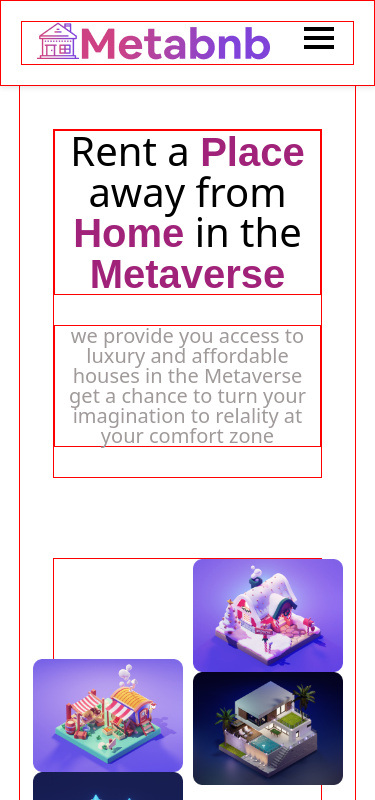
Repository: trenzyfx1/Metabnb
Page: index.html
These files come from the project's save history. The page is drawn as it stood at one moment and after the next save; the edit follows.
The browser window is 375 px wide. The pictures show the whole page.
An inner scrolling area shows only its first screen.

Above is the page before, as saved 2025-05-12 15:19:44.

### index.html
<!DOCTYPE html>
<html lang="en">

<head>
    <meta charset="UTF-8">
    <meta name="viewport" content="width=device-width, initial-scale=1.0">
    <link rel="stylesheet" href="./style.css">
    <link rel="icon" href="/images/Capture.PNG" type="image/x-icon">
    <link rel="stylesheet" href="https://cdnjs.cloudflare.com/ajax/libs/font-awesome/4.7.0/css/font-awesome.min.css">
    <title>Metabnb</title>
</head>

<body>
    <header class="desktop-header">
        <a href="#" class="logo-container">
            <img class="logo" src="./images/logo.png" alt="logo">
        </a>
        <nav>
            <ul class="desktop-menu">
                <li><a class="a" href="home">Home</a></li>
                <li><a class="a" href="place to stay">Place to Stay</a></li>
                <li><a class="a" href="nfts">NFTs</a></li>
                <li><a class="a" href="community">Community</a></li>
            </ul>
        </nav>
        <div>
            <button type="button" class="connect">Connect Wallet</button>
        </div>
    </header>
    <header class="moblie-header">
        <nav class="navbar">
            <div>
                <a href="#" class="logo-container">
                    <img class="logo" src="./images/logo.png" alt="logo">
                </a>
            </div>
            <div class="menu-icon" id="menu-icon">
                <div class="line"></div>
                <div class="line"></div>
                <div class="line"></div>
            </div>
        </nav>
        <nav class="menu" id="menu">
            <ul>
                <li><a class="a" href="">Home</a></li>
                <li><a class="a" href="">Place to Stay</a></li>
                <li><a class="a" href="">NFTs</a></li>
                <li><a class="a" href="">Community</a></li>
            </ul>
            <div>
                <button type="button" class="connect">Connect Wallet</button>
            </div>
        </nav>
    </header>

    <section class="intro-section">
        <div class="body">
            <div class="welcome1">
                <h1 class="welcome">Rent a <span>Place</span> away from <span>Home</span> in the <span>Metaverse</span>
                </h1>
                <p class="p">we provide you access to luxury and affordable houses
                    in the Metaverse get a chance to turn your
                    imagination to relality at your comfort zone
                </p>
            </div>
            <div class="welcome2">
                <h1 class="welcome">Rent a <span>Place</span> away from <span>Home</span> in the <span>Metaverse</span>
                </h1>
                <p class="p">we provide you access to luxury and affordable houses
                    in the Metaverse get a chance to turn your
                    imagination to relality at your comfort zone
                </p>
            </div>
            <div class="input">
                <input type="text" placeholder=" Search for location">
                <button class="search" type="button">search</button>
            </div>
        </div>
        <div class="image-container">
            <div class="image-container1">
                <img src="./images/image1.png" alt="">
                <img src="./images/image3.png" alt="">
            </div>
            <div class="image-container2">
                <img src="./images/image2.png" alt="">
                <img src="./images/image4.png" alt="">
            </div>
        </div>
    </section>
    <section class="partners-section">
        <div class="section">
            <ul class="ul">
                <li>
                    <img class="logo1" src="./images/logo1.png" alt="1">
                    <p>MBToken</p>
                </li>
                <li>
                    <img class="logo2" src="./images/logo2.png" alt="2">
                    <p>METAMASK</p>
                </li>
                <li>
                    <img class="logo3" src="./images/logo3.png" alt="3">
                    <p> OpenSea</p>
                </li>
            </ul>
        </div>
    </section>
    <div class="desertking">
        <h2 class="h2">Inspiration for your next adventure</h2>
        <div class="desertking-cards">
            <div class="frame">
                <div class="heart">
                    <i class="fa fa-heart"></i>
                </div>
                <div class="img-div">
                    <img src="./images/Frame1.png" alt="places1">
                </div>
                <div class="div-text-cont">
                    <div class="div-text">
                        <p>Desert king</p>
                        <p>1MBT per night.</p>
                    </div>
                    <div class="div-text">
                        <p>1345km away</p>
                        <p>avaliable for two weeks stay.</p>
                    </div>
                </div>
                <div>
                    <ul class="star">
                        <li> <i class="fa fa-star"></i></li>
                        <li> <i class="fa fa-star"></i></li>
                        <li> <i class="fa fa-star"></i></li>
                        <li> <i class="fa fa-star"></i></li>
                        <li> <i class="fa fa-star"></i></li>
                    </ul>
                </div>
            </div>

            <div class="frame">
                <div class="heart">
                    <i class="fa fa-heart"></i>
                </div>
                <div class="img-div">
                    <img src="./images/Frame2.png" alt="places2">
                </div>
                <div class="div-text-cont">
                    <div class="div-text">
                        <p>Desert king</p>
                        <p>1MBT per night.</p>
                    </div>
                    <div class="div-text">
                        <p>1345km away</p>
                        <p>avaliable for two weeks stay.</p>
                    </div>
                </div>
                <div>
                    <ul class="star">
                        <li> <i class="fa fa-star"></i></li>
                        <li> <i class="fa fa-star"></i></li>
                        <li> <i class="fa fa-star"></i></li>
                        <li> <i class="fa fa-star"></i></li>
                        <li> <i class="fa fa-star"></i></li>
                    </ul>
                </div>
            </div>

            <div class="frame">
                <div class="heart">
                    <i class="fa fa-heart"></i>
                </div>
                <div class="img-div">
                    <img src="./images/Frame3.png" alt="places3">
                </div>
                <div class="div-text-cont">
                    <div class="div-text">
                        <p>Desert king</p>
                        <p>1MBT per night.</p>
                    </div>
                    <div class="div-text">
                        <p>1345km away</p>
                        <p>avaliable for two weeks stay.</p>
                    </div>
                </div>
                <div>
                    <ul class="star">
                        <li> <i class="fa fa-star"></i></li>
                        <li> <i class="fa fa-star"></i></li>
                        <li> <i class="fa fa-star"></i></li>
                        <li> <i class="fa fa-star"></i></li>
                        <li> <i class="fa fa-star"></i></li>
                    </ul>
                </div>
            </div>

            <div class="frame">
                <div class="heart">
                    <i class="fa fa-heart"></i>
                </div>
                <div class="img-div">
                    <img src="./images/Frame4.png" alt="places4">
                </div>
                <div class="div-text-cont">
                    <div class="div-text">
                        <p>Desert king</p>
                        <p>1MBT per night.</p>
                    </div>
                    <div class="div-text">
                        <p>1345km away</p>
                        <p>avaliable for two weeks stay.</p>
                    </div>
                </div>
                <div>
                    <ul class="star">
                        <li> <i class="fa fa-star"></i></li>
                        <li> <i class="fa fa-star"></i></li>
                        <li> <i class="fa fa-star"></i></li>
                        <li> <i class="fa fa-star"></i></li>
                        <li> <i class="fa fa-star"></i></li>
                    </ul>
                </div>
            </div>

            <div class="frame">
                <div class="heart">
                    <i class="fa fa-heart"></i>
                </div>
                <div class="img-div">
                    <img src="./images/Frame5.png" alt="places5">
                </div>
                <div class="div-text-cont">
                    <div class="div-text">
                        <p>Desert king</p>
                        <p>1MBT per night.</p>
                    </div>
                    <div class="div-text">
                        <p>1345km away</p>
                        <p>avaliable for two weeks stay.</p>
                    </div>
                </div>
                <div>
                    <ul class="star">
                        <li> <i class="fa fa-star"></i></li>
                        <li> <i class="fa fa-star"></i></li>
                        <li> <i class="fa fa-star"></i></li>
                        <li> <i class="fa fa-star"></i></li>
                        <li> <i class="fa fa-star"></i></li>
                    </ul>
                </div>
            </div>

            <div class="frame">
                <div class="heart">
                    <i class="fa fa-heart"></i>
                </div>
                <div class="img-div">
                    <img src="./images/Frame6.png" alt="places6">
                </div>
                <div class="div-text-cont">
                    <div class="div-text">
                        <p>Desert king</p>
                        <p>1MBT per night.</p>
                    </div>
                    <div class="div-text">
                        <p>1345km away</p>
                        <p>avaliable for two weeks stay.</p>
                    </div>
                </div>
                <div>
                    <ul class="star">
                        <li> <i class="fa fa-star"></i></li>
                        <li> <i class="fa fa-star"></i></li>
                        <li> <i class="fa fa-star"></i></li>
                        <li> <i class="fa fa-star"></i></li>
                        <li> <i class="fa fa-star"></i></li>
                    </ul>
                </div>
            </div>

            <div class="frame">
                <div class="heart">
                    <i class="fa fa-heart"></i>
                </div>
                <div class="img-div">
                    <img src="./images/Frame7.png" alt="places7">
                </div>
                <div class="div-text-cont">
                    <div class="div-text">
                        <p>Desert king</p>
                        <p>1MBT per night.</p>
                    </div>
                    <div class="div-text">
                        <p>1345km away</p>
                        <p>avaliable for two weeks stay.</p>
                    </div>
                </div>
                <div>
                    <ul class="star">
                        <li> <i class="fa fa-star"></i></li>
                        <li> <i class="fa fa-star"></i></li>
                        <li> <i class="fa fa-star"></i></li>
                        <li> <i class="fa fa-star"></i></li>
                        <li> <i class="fa fa-star"></i></li>
                    </ul>
                </div>
            </div>

            <div class="frame">
                <div class="heart">
                    <i class="fa fa-heart"></i>
                </div>
                <div class="img-div">
                    <img src="./images/Frame8.png" alt="places8">
                </div>
                <div class="div-text-cont">
                    <div class="div-text">
                        <p>Desert king</p>
                        <p>1MBT per night.</p>
                    </div>
                    <div class="div-text">
                        <p>1345km away</p>
                        <p>avaliable for two weeks stay.</p>
                    </div>
                </div>
                <div>
                    <ul class="star">
                        <li> <i class="fa fa-star"></i></li>
                        <li> <i class="fa fa-star"></i></li>
                        <li> <i class="fa fa-star"></i></li>
                        <li> <i class="fa fa-star"></i></li>
                        <li> <i class="fa fa-star"></i></li>
                    </ul>
                </div>
            </div>
        </div>
    </div>
    <div class="NFTs">
        <div class="NFTs-container">
            <div class="desktop-nfts">
                <h1 class="section3">Metabnb NFTs</h1>
                <p class="discover">discover your NFTs gift cards collections, loyal <br>
                    costomers get amazing gift cars which are <br>
                    traded as NFTs, these NFTs gives our costomers access <br>
                    to loads of our exclusive services.
                </p>
                <button type="button" class="learn-more">learn more</button>
            </div>
            <div class="moblie-nfts-480">
                <h1 class="section3">Metabnb NFTs</h1>
                <p class="discover">discover your NFTs gift cards collections, loyal <br>
                    costomers get amazing gift cars which are <br>
                    traded as NFTs, these NFTs gives our costomers access <br>
                    to loads of our exclusive services.
                </p>
                <button type="button" class="learn-more">learn more</button>
            </div>
            <div class="moblie-nfts-768">
                <h1 class="section3">Metabnb NFTs</h1>
                <p class="discover">discover your NFTs gift cards collections, loyal <br>
                    costomers get amazing gift cars which are <br>
                    traded as NFTs, these NFTs gives our costomers access <br>
                    to loads of our exclusive services.
                </p>
                <button type="button" class="learn-more">learn more</button>
            </div>
        </div>
        <div class="rooms">
            <img src="./images/rooms.png" alt="rooms">
        </div>
    </div>
    <footer>
        <div class="footer-items ">
            <div class="home">
                <img class="home" src="./images/Vector2.png" alt="NFTs">
                <h1 class="footer">Metabnb</h1>
            </div>
            <div class="facebook">
                <img src="./images/facebook.png" alt="facebook"><br>
                <img src="./images/instagram.png" alt="IG"><br>
                <img src="./images/twitter.png" alt="x">
            </div>
        </div>
        <div class="footer-links">
            <div class="footer-container footer-mobile">
                <h2>hub</h2>
                <a href="">NFT</a>
                <a href="">tokens</a>
                <a href="">discord</a>
                <a href="">landlords</a>
            </div>
            <div class="footer-container footer-mobile">
                <h2>places</h2>
                <a href="">farms</a>
                <a href="">beach</a>
                <a href="">learn</a>
                <a href="">castle</a>
            </div>
            <div class="footer-container footer-mobile">
                <h2>about</h2>
                <a href="">road</a>
                <a href="">creators</a>
                <a href="">career</a>
                <a href="">contact</a>
            </div>
        </div>
        <h6 class="h6">@ 2022 Metabnb</h6>
    </footer>


    <script src="./moblie.js"></script>
</body>

</html>

### style.css
* {
    margin: 0;
    padding: 0;
    box-sizing: border-box;
    font-family: Arial, sans-serif;
  }

html,
body {
    padding: 0;
    margin: 0;
    width: 100%;
    height: 100vh;
    overflow-x: hidden;
    font-family: sans-serif;
    background-color: #fff;
    transition: background-color 0.3s, color 0.3s;
    scroll-behavior: smooth;
}

.desktop-header,
nav,
.desktop-menu,
.intro-section,
.input,
.star {
    display: flex;
    flex-direction: row;

}

.desktop-header {
    justify-content: space-between;
    padding: 30px 100px;
}

.moblie-header {
    display: none;
}



ul,
li {
    justify-content: center;
    align-items: center;
    gap: 50px;


}



.a {
    text-decoration: none;
    color: #000;
}

li {
    list-style: none;
}


.connect {
    border: none;
    border-radius: 10px;
    background-color: #A02279;
    color: #fff;
    height: 48px;
    width: 170px;
    cursor: pointer;
    transition: background-color 0.5s ease, transform 0.3s ease ;

}

.moblie-header .connect {
    border: none;
    border-radius: 10px;
    background-color: #fff;
    color: #000;
    height: 48px;
    width: 100px;
    cursor: pointer
}

.welcome2 {
    display: none;
}

.intro-section {
    margin: 100px;
    justify-content: space-between;
    /* max-height: 459px; */
    font-family: sans-serif;
}

.intro-section .body {
    width: 646px;
    display: flex;
    flex-direction: column;
    gap: 30px;
}

.intro-section .body h1 {
    font-weight: 500;
    font-size: 50px;
    line-height: 1;

}

.intro-section .body p {
    font-size: 20px;
    color: #a09a9a;

}

span {
    color: #A02279;
    font-weight: bold;
}



.intro-section .body .input input {
    width: 220px;
    padding-top: 10px;
    padding-bottom: 10px;
    border-radius: 3px;
    border: 2.5px solid whitesmoke;
}

.search {
    border: none;
    border-radius: 3px;
    background-color: #A02279;
    color: #fff;
    height: 38px;
    width: 130px;
    cursor: pointer;
    transition: background-color 0.5s ease, transform 0.3s ease ;
}

.intro-section .image-container {
    display: flex;
    flex-direction: row;
    gap: 10px;
}

.intro-section .image-container .image-container1 {
    margin-top: 100px;
    display: flex;
    flex-direction: column;


}

.intro-section .image-container .image-container2 {
    display: flex;
    flex-direction: column;

}

.partners-section {
    background-color: #A02279;
    color: #fff;
}

.partners-section .section ul {
    display: flex;
    flex-direction: row;
    gap: 10px;
    justify-content: space-around;
}

.partners-section .section ul li {
    display: flex;
    flex-direction: row;
    gap: 10px;
    font-weight: bold;
    font-family: sans-serif;

}


.desertking {
    /* margin: 100px; */
    margin: 50px;
}

.h2 {
    text-align: center;
    font-family: sans-serif;
}



.desertking-cards {
    display: flex;
    flex-direction: row;
    gap: 20px;
    flex-wrap: wrap;

}

.frame {
    background-color: #fff;
    padding: 20px;
    border-radius: 15px;
    border: 0.5px solid #000;
    position: relative;
    max-width: 100%;
    box-shadow: 0 4px 6px rgba(0, 0, 0, 0.1);
    transition: transform 0.5s ease, box-shadow 0.3s ease;
}

.frame:hover {
    transform: scale(1.05);
    box-shadow: 0 8px 12px rgba(0, 0, 0, 0.2);
}

.frame .img-div {
    max-width: 100%;
}

.frame .img-div img {
    width: 100%;
}


.div-text {
    display: flex;
    flex-direction: row;
    justify-content: space-around;
    gap: 5px;
    font-size: 16px;
    max-width: 100%;
}

.heart {
    position: absolute;
    left: 265px;
    top: 29px;
    font-size: 25px;
    color: #fff;
}

.star {
    display: flex;
    gap: 10px;
    color: #A02279;
    justify-content: left;
    padding: 0%;

}

.moblie-nfts-768, .moblie-nfts-480 {
    display: none;
}

.desktop-nfts {
    display: flex;
    flex-direction: column;
}


.NFTs {
    background-color: #A02279;
    color: #fff;
    padding: 60px 100px;
    display: flex;
    flex-direction: row;
    justify-content: space-between;
    line-height: 40px;
    max-width: 100%;
}

.NFTs .NFTs-container {
    margin-top: 150px;
}

.learn-more {
    border: none;
    border-radius: 7px;
    background-color: #fff;
    color: #A02279;
    height: 38px;
    width: 130px;
    cursor: pointer;
    transition: background-color 0.5s ease, transform 0.3s ease ;

}

button:hover {
    background-color: red;
    color: #000;
    transform: scale(1.1);
}


footer {
    background-color: #000;
    color: #fff;
    display: flex;
    flex-direction: row;
    padding: 50px 100px;
    justify-content: space-between;
    align-items: center;
    max-width: 100%;
    text-transform: capitalize;
}

footer .footer-links {
    display: flex;
    flex-direction: row;
    justify-content: space-between;
    width: 70%;
}


.home {
    display: flex;
    flex-direction: row;
    align-items: center;
}


.footer-container {
    display: flex;
    flex-direction: column;
    gap: 20px;
    justify-content: space-between;
    line-height: 20px;

}

a {
    color: #fff;
    text-decoration: none;
}


footer .footer-items .facebook,
.h6 {
    display: flex;
    flex-direction: row;
    justify-content: space-between;
    gap: 10px;
    cursor: pointer;
    margin: 50px 0;
}

@media (max-width: 1000px) {

    .full-body {
        max-width: 100%;
    }

    .desktop-header {
        display: none;
    }

    .moblie-header {
        padding: 20px;
        display: flex;
        flex-direction: row;
        justify-content: space-between;
        position: fixed;
        top: 0;
        left: 0;
        width: 100%;
        border: 1px solid red;
        z-index: 1000;
        box-shadow: 0 2px 5px rgb(0, 0, 0, 0.1);
        background-color: #fff;

    }

    .moblie-header .navbar {
        display: flex;
        flex-direction: row;
        border: 1px solid red;
        width: 100%;
        justify-content: space-between;
        /* gap: 100%; */

    }

    .moblie-header .menu-icon .line {
        width: 30px;
        height: 4px;
        background-color: #000;
        margin: 5px;
    }

    .menu {
        display: none;
        gap: 10px;
        flex-direction: column;
        padding: 10px 20px;
        margin: 0;
        background-color: #A02279;
        position: absolute;
        top: 70px;
        right: 0;
        width: 50%;
        border-radius: 5px;
    }

    .a {
        color: #fff;
        line-height: 2;
    }

    .moblie-header .menu.active {
        display: flex;
    }

    .intro-section {
        margin: auto;
        text-align: center;
        padding-top: 8pc;
    }

    .body, .image-container {
        width: 80% !important;
        margin: auto;
        text-align: center;
    }

    .welcome1 {
        display: none;
    }

    .welcome2 {
        display: flex;
        flex-direction: column;
        gap: 0;
    }

    .input {
        margin: auto;
        /* align-items: center; */
    }


    .image-container {
        margin: 20px auto;
        display: flex;
        justify-content: center;
        /* max-width: 100%; */
        /* margin-left: 70px; */

    }

    .image-container1 img,
    .image-container2 img {
        width: 200px !important;
    }


    .body,
    .welcome,
    .p {
        /* font-size: 10px;
        width: 300px; */
        text-align: center;
        font-family: system-ui, -apple-system, BlinkMacSystemFont, 'Segoe UI', Roboto, Oxygen, Ubuntu, Cantarell, 'Open Sans', 'Helvetica Neue', sans-serif;
        line-height: 1;
    }


    /* .body,
    .partners-section {
        max-width: 100%;

    } */

    .partners-section {
        /* margin-top: 650px; */
        width: 100%;
        /* padding-right: 200px; */
    }

    .intro-section,
    .NFTs {
        flex-direction: column;
        gap: 50px;
    }

    .desertking {
        margin: 50px;
    }


    .heart {
        display: none;
    }


    .desktop-nfts {
        display: none;
    }

    .moblie-nfts-480 {
        display: none;
    }

    .moblie-nfts-768 {
        display: flex;
        flex-direction: column;
        font-size: 25px;
    }

    .NFTs {
        padding-left: 20px;
        padding-top: 0px;
    }

    .NFTs-container {
        padding: 0;
        margin: 0;
    }

    .NFTs img {
        max-width: 100%;
        width: 100%;
    }

    footer {
        flex-wrap: wrap;
        max-width: 100%;
        padding-bottom: 0;
    }

    .footer-items {
        display: flex;
        flex-direction: row;
        gap: 100px;
        margin-left: -50px;
        /* font-size: 28px; */
    }

    footer .footer-links {
        gap: 50px;
        display: flex;
        flex-wrap: nowrap;
        padding: 30px;
        justify-content: center;
        text-align: center;
        /* font-size: 26px; */
    }

    footer .footer-links h2 {
        text-transform: capitalize;
        font-weight: lighter;
    }

}


@media (max-width: 480px) {

    body {
        max-width: 100% !important;
    }

    .desktop-header {
        display: none;
    }

    .moblie-header {
        padding: 20px;
        display: flex;
        flex-direction: row;
        gap: 60px;
        position: fixed;
        top: 0;
        left: 0;
        width: 100%;
        z-index: 1000;
        box-shadow: 0 2px 5px rgb(0, 0, 0, 0.1);
        background-color: #fff;

    }

    .moblie-header .menu-icon .line {
        width: 30px;
        height: 4px;
        background-color: #000;
        margin: 5px;
    }

    .menu {
        display: none;
        gap: 10px;
        flex-direction: column;
        padding: 10px 20px;
        margin: 0;
        background-color: #A02279;
        position: absolute;
        top: 70px;
        right: 0;
        width: 50%;
        border-radius: 5px;
    }

    .a {
        color: #fff;
        line-height: 2;
    }

    .moblie-header .menu.active {
        display: flex;
    }

    .navbar {
        display: flex !important;
        flex-direction: row !important;
        justify-content: space-around !important;
    }

    .input {
        display: none;
    }

    .image-container {
        border: 1px solid red;
        margin: auto;
    }


    .image-container1 img, .image-container2 img {
        width: 150px !important;
    }

    /* .image-container1,
    .image-container2 {
        width: 70%;
    } */

    .intro-section {
        width: 90%;
        margin: auto;
        padding-top: 8pc;
        border: 1px solid red;
    }

    .welcome {
        font-size: 40px !important;
    }


    .body,
    .welcome,
    .p {
        border: 1px solid red;
        font-size: 10px;
        width: 100%;
        text-align: center;
        margin-bottom: 30px;
        font-family: system-ui, -apple-system, BlinkMacSystemFont, 'Segoe UI', Roboto, Oxygen, Ubuntu, Cantarell, 'Open Sans', 'Helvetica Neue', sans-serif;
        line-height: 1;
    }


    .body,
    .partners-section {
        max-width: 100%;

    }

    .partners-section {
        max-width: 100%;
        padding-right: 200px;
    }

    .intro-section,
    .NFTs {
        flex-direction: column;
        gap: 50px;
    }

    .desertking {
        /* max-width: 100%; */
        padding: 30px;
    }

    .heart {
        display: none;
    }

    .moblie-nfts-480 {
        display: flex;
        flex-direction: column;
    }

    .moblie-nfts-768 {
        display: none;
    }

    /* .desktop-nfts {
        display: flex;
        flex-direction: column;
    } */

    .NFTs {
        padding-left: 20px;
        padding-top: 0px;
    }

    .NFTs-container {
        padding: 0;
        margin: 0;
    }

    .NFTs img {
        max-width: 100%;
        width: 100%;
    }

    footer {
        flex-wrap: wrap;
        /* max-width: 100%; */
        padding-bottom: 0;
    }

    .footer-items {
        display: flex;
        flex-direction: row;
        gap: 100px;
        margin-left: -50px;
    }

    footer .footer-links {
        gap: 50px;
        display: flex;
        flex-wrap: nowrap;
        padding: 20px;
        justify-content: center;
        text-align: center;

    }

    footer .footer-links h2 {
        text-transform: capitalize;
        font-weight: lighter;
    }


}

### moblie.js
document.addEventListener("DOMContentLoaded", () => {
    const menuIcon = document.getElementById ("menu-icon");
    const menu = document.getElementById("menu");


    menuIcon.addEventListener("click", function() {
        menu.classList.toggle("active");

    });
});

After the next save:
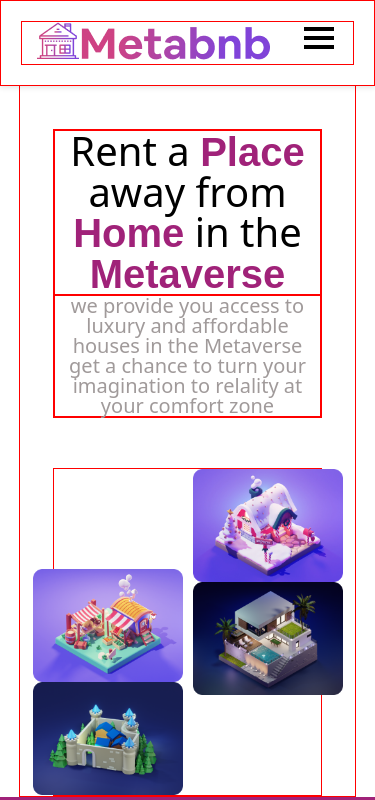
Saved 34 s later.
--- a/style.css
+++ b/style.css
@@ -657,7 +657,7 @@
         font-size: 10px;
         width: 100%;
         text-align: center;
-        margin-bottom: 30px;
+        /* margin-bottom: 30px; */
         font-family: system-ui, -apple-system, BlinkMacSystemFont, 'Segoe UI', Roboto, Oxygen, Ubuntu, Cantarell, 'Open Sans', 'Helvetica Neue', sans-serif;
         line-height: 1;
     }
